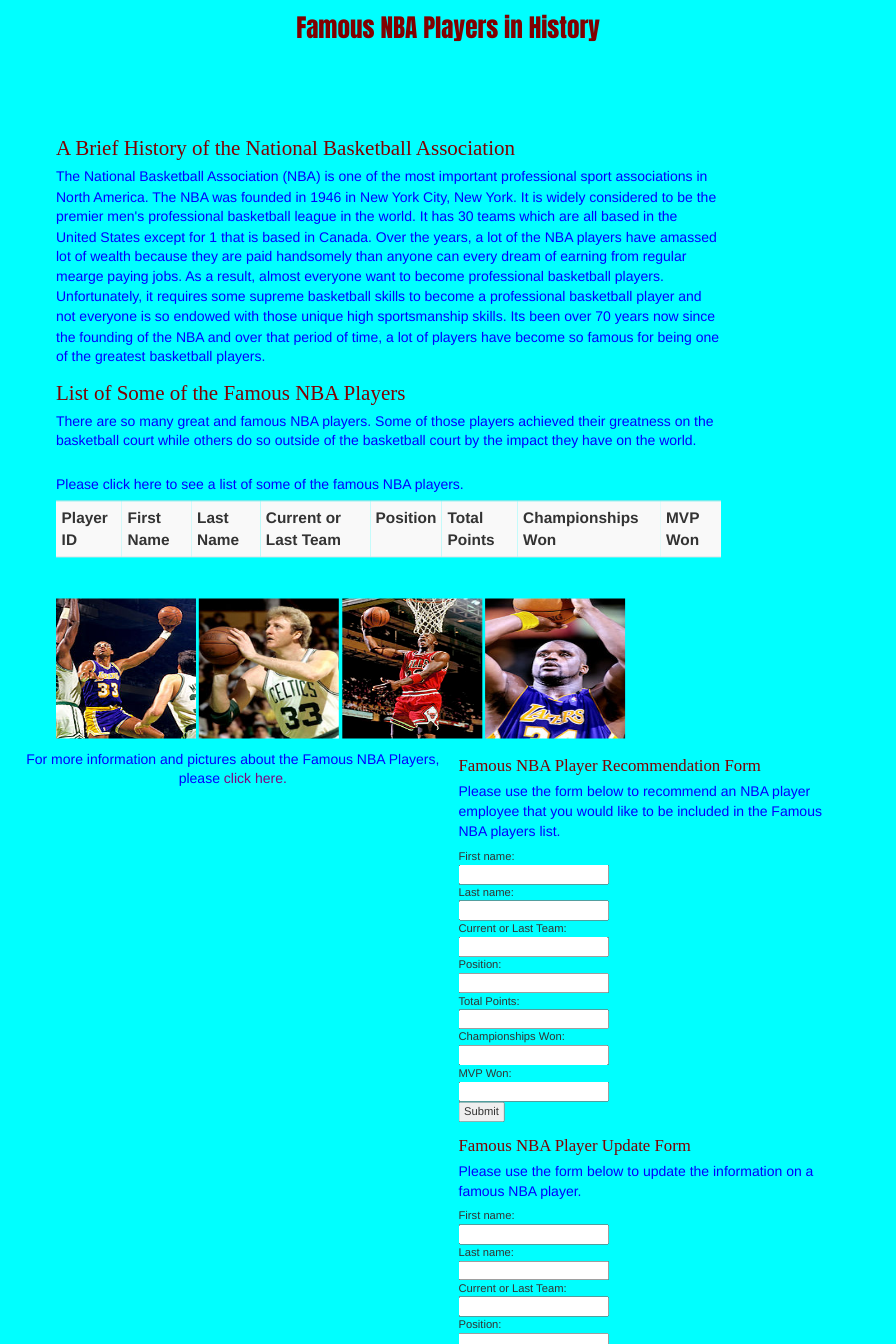
Repository: myjavaweb2/Week5JDBCAssignments
Page: myweek5project/src/main/webapp/indexplayer.html
The author's editor kept a copy of each file at every save. The page is drawn from the files as they stood at one save, then again after the next save.
The browser window is 1280 px wide. The pictures show the part of the page from y = 0 to 1920 px (the page is 2656 px tall), at 70% of full size.

Above is the page before, as saved 2016-09-03 01:59:51.

After the next save:
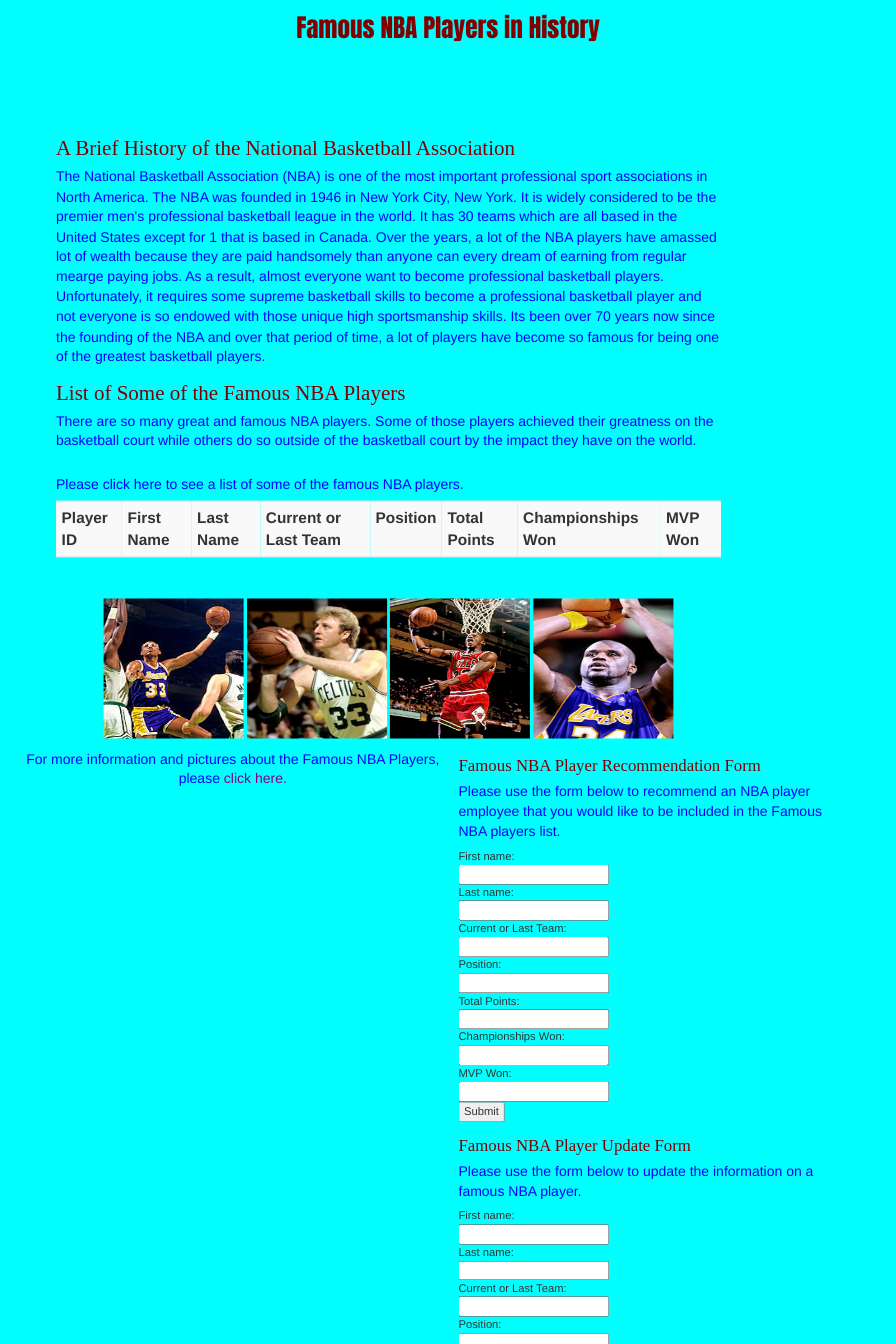
Saved 10 min 0 s later.
--- a/myweek5project/src/main/webapp/indexplayer.html
+++ b/myweek5project/src/main/webapp/indexplayer.html
@@ -76,11 +76,12 @@
 
 	</table>
 
-	<br>
+	<div><br>
 	<img alt="Kareem Abdul-Jabbar" src="images/Abdul_Jabbar.jpg" width="200px" height="200px">
 	<img alt="Larry Bird" src="images/Larry_Bird.jpg" width="200px" height="200px">
 	<img alt="Michael Jordan" src="images/Jordan.jpg" width="200px" height="200px">
 	<img alt="Shaquille O'Neal" src="images/Shaquille_O'Neal.jpg" width="200px" height="200px">
+	</div>
 	</main>
 	<aside>
 		<h3>Famous NBA Player Recommendation Form</h3>
--- a/myweek5project/src/main/webapp/player.css
+++ b/myweek5project/src/main/webapp/player.css
@@ -8,6 +8,10 @@
 
 header {
 	height: 135px;
+}
+
+div {
+	text-align: center;
 }
 
 main {
